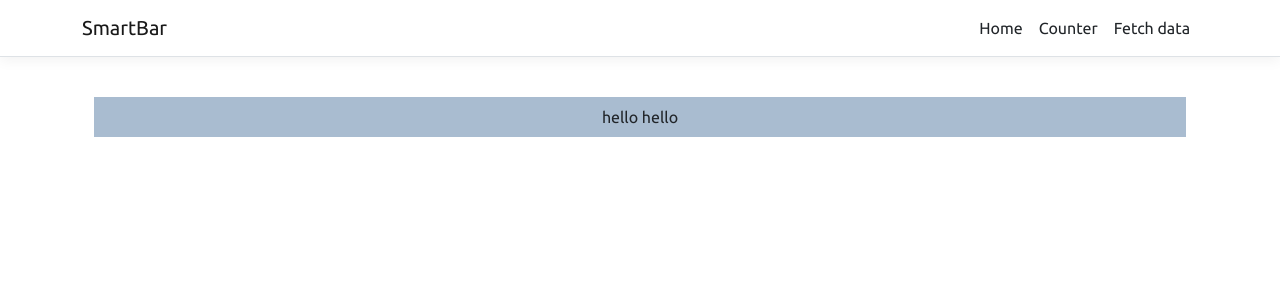
Repository: dropauteriai/SmartBarFrontEnd
Page: /
These files come from the project's save history. The page is drawn as it stood at one moment and after the next save; the edit follows.
The browser window is 1280 px wide. The pictures show the whole page.
The page's requests for data from a server got no answer. The project was rebuilt for these pictures with package versions that can differ from the ones it lists, and the page was loaded fresh each time. No one was signed in, and anything a server would have sent is missing. Also part of the build but not shown: src/components/Counter.js, src/components/FetchData.js, src/components/Card.js, src/components/SideBar.js.

Above is the page before, as saved 2023-02-14 05:50:41.

After the next save:
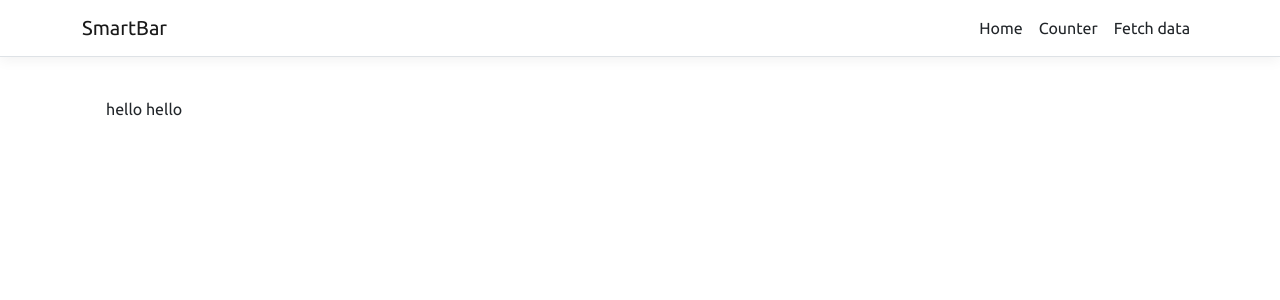
Saved 8 s later.
--- a/src/components/Popup.js
+++ b/src/components/Popup.js
@@ -2,7 +2,7 @@
 
 export default function Popup () {
     return (
-        <div className="d-inline-flex p-2 align-items-center justify-content-center bg-primary">
+        <div className="d-inline-flex ">
             hello hello
         </div>
     );

After the save that followed:
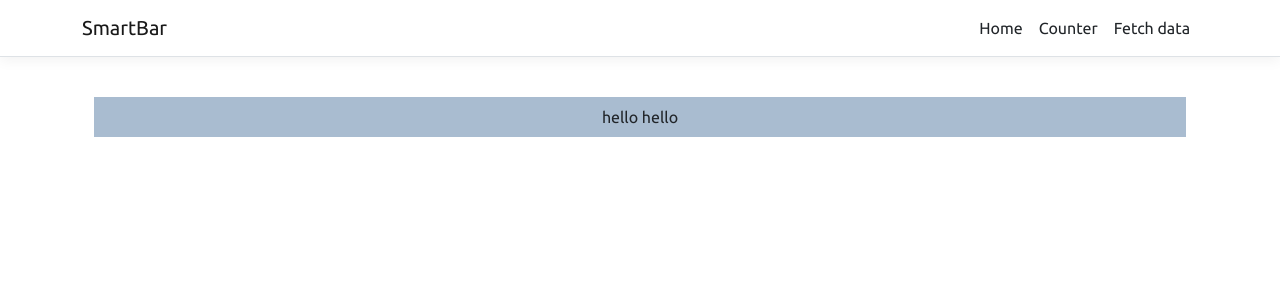
Saved 5 s later.
--- a/src/components/Popup.js
+++ b/src/components/Popup.js
@@ -2,7 +2,7 @@
 
 export default function Popup () {
     return (
-        <div className="d-inline-flex ">
+        <div className="d-inline-flex p-2 align-items-center justify-content-center bg-primary">
             hello hello
         </div>
     );
